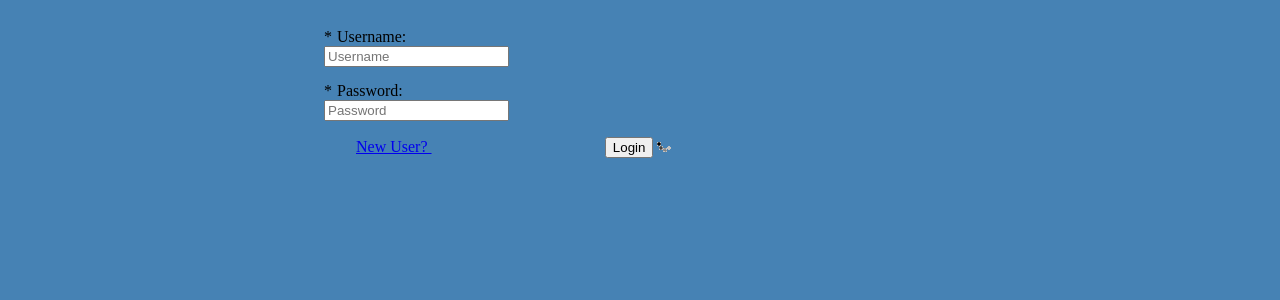
Repository: SUPRIGA/SecondProject
Page: CollaborationFrontEnd/src/main/webapp/user/login.html
The author's editor kept a copy of each file at every save. The page is drawn from the files as they stood at one save, then again after the next save.
The browser window is 1280 px wide. The pictures show the whole page.

Above is the page before, as saved 2017-01-12 05:18:59.

After the next save:
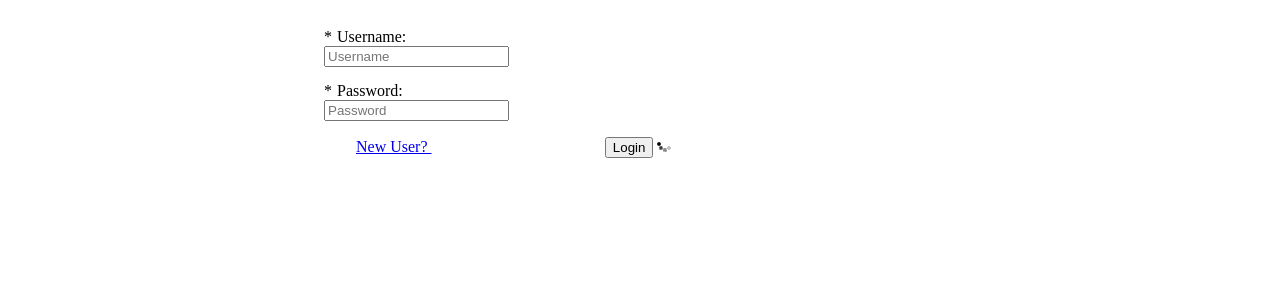
Saved 96 s later.
--- a/CollaborationFrontEnd/src/main/webapp/user/login.html
+++ b/CollaborationFrontEnd/src/main/webapp/user/login.html
@@ -46,7 +46,7 @@
 }
 
 body {
-    background-color: steelblue;
+    background-color:Cornflower Blue;
 }
 
 </style>

After the 3 saves that followed:
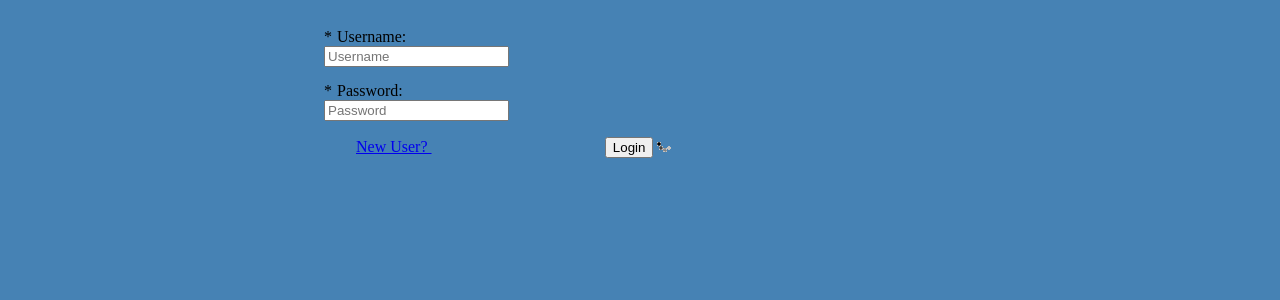
The 3 saves are shown as one change because 2 left the picture as it was.
The last was saved 4 min 16 s later.
--- a/CollaborationFrontEnd/src/main/webapp/user/login.html
+++ b/CollaborationFrontEnd/src/main/webapp/user/login.html
@@ -46,7 +46,7 @@
 }
 
 body {
-    background-color:Cornflower Blue;
+    background-color:Steelblue;
 }
 
 </style>
